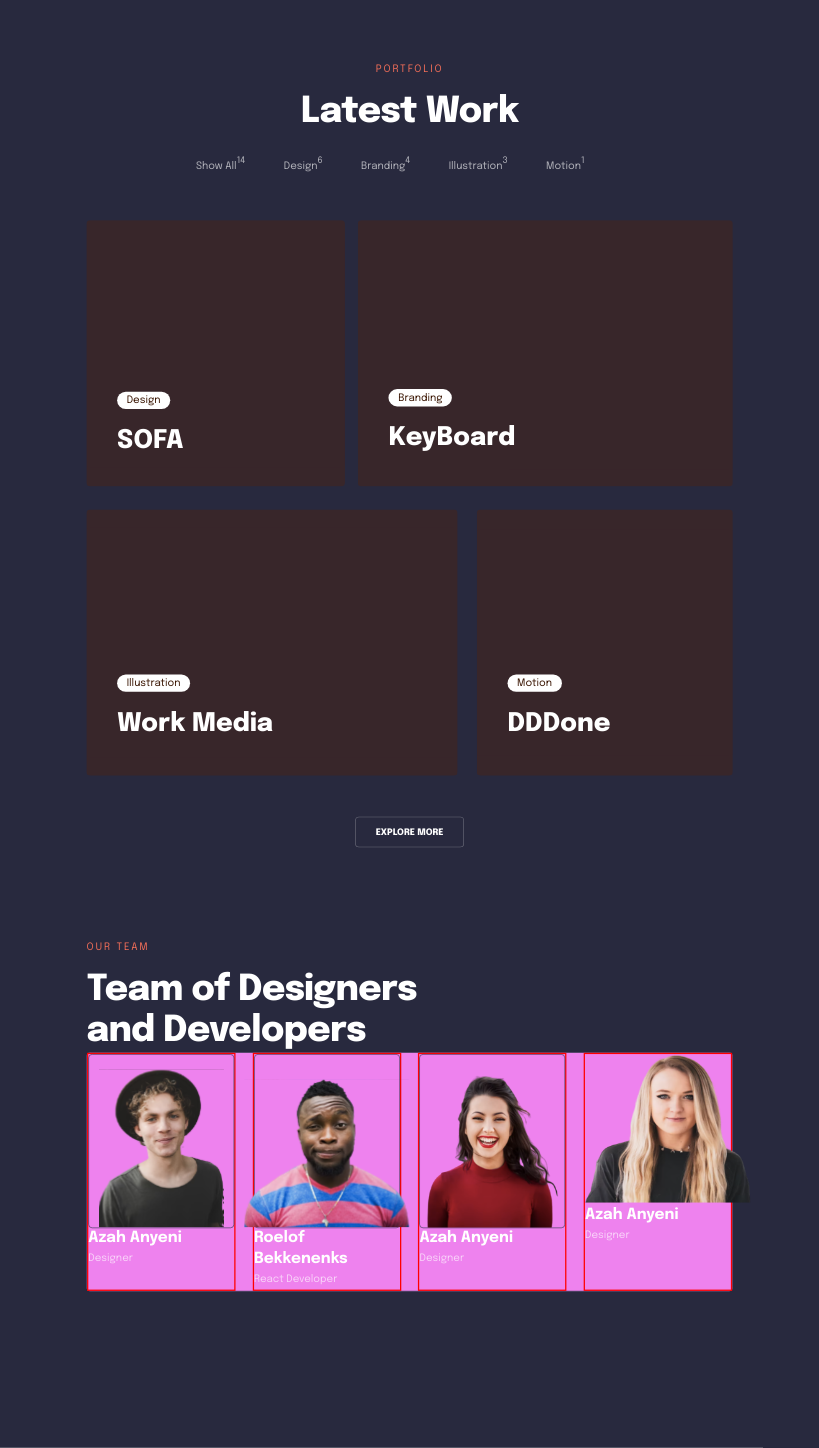
Repository: FidanXankishiyeva/figma-positions-task
Page: index.html
An editor plug-in stored every save of this project. The page is shown before and after the next save, followed by the edit.
The browser window is 1280 px wide. The pictures show the whole page, at 64% of full size.

Above is the page before, as saved 2023-08-10 13:49:06.

### index.html
<!DOCTYPE html>
<html lang="en">

<head>
    <meta charset="UTF-8">
    <meta name="viewport" content="width=device-width, initial-scale=1.0">
    <title>Document</title>
    <link rel="stylesheet" href="index.css">
</head>

<body>
    <div class="container">
        <div class="page-1">
            <div class="text-box">
                <h1>Portfolio</h1>
                <h2>Latest Work</h2>
            </div>
            <nav class="position-box">
                <ul>
                    <li>
                        <h1>Show All</h1>
                        <p>14</p>
                    </li>
                    <li>
                        <h1>Design</h1>
                        <p>6</p>
                    </li>
                    <li>
                        <h1>Branding</h1>
                        <p>4</p>
                    </li>
                    <li>
                        <h1>Illustration</h1>
                        <p>3</p>
                    </li>
                    <li>
                        <h1>Motion</h1>
                        <p>1</p>
                    </li>
                </ul>
            </nav>
            <div class="photo-box">
                <div class="sofa-box">
                    <img src="./photo/sofa.svg" alt="">
                    <div class="design-box">
                        <a href="#">Design</a>
                        <p>SOFA</p>

                    </div>
                </div>
                <div class="keyboard-box">
                    <img src="./photo/keyboard.svg" alt="">
                    <div class="branding-box">
                        <a href="#">Branding</a>
                        <p>KeyBoard</p>
                    </div>
                </div>
            </div>

            <div class="photo-box-2">
                <div class="work-media">
                    <img src="./photo/Work-Media.svg" alt="">
                    <div class="illustration-box">
                        <a href="#">Illustration</a>
                        <p>Work Media</p>
                    </div>
                </div>
                <div class="done-box">
                    <img src="./photo/done.svg" alt="">
                    <div class="motion-box">
                        <a href="#">Motion</a>
                        <p>DDDone</p>
                    </div>
                </div>
            </div>
            <button>
                Explore more
            </button>
        </div>
        <div class="page-2">
            <div class="text-box-2">
                <h3 >Our Team</h3>
                <h4>Team of Designers
                    and Developers</h4>
            </div>
            <div class="team-person">
                <ul>
                    <li>
                        <div>
                            <img src="./photo/azah.svg" alt="">
                        </div>
                        <h5>Azah Anyeni</h5>
                        <h6>Designer</h6>
                    </li>
                    <li>
                        <div>
                            <img src="./photo/roelof.svg" alt="">

                        </div>
                        <h5>Roelof Bekkenenks</h5>
                        <h6>React Developer</h6>
                    </li>
                    <li>
                        <div>
                            <img src="./photo/Bitmap.png" alt="">
                        </div>
                        <h5>Azah Anyeni</h5>
                        <h6>Designer</h6>
                    </li>
                    <li>
                        <img src="./photo/Bitmap (1).png" alt="">
                        <h5>Azah Anyeni</h5>
                        <h6>Designer</h6>
                    </li>
                </ul>
            </div>
        </div>
    </div>

</body>

</html>

### index.css
@import url("https://fonts.googleapis.com/css2?family=Epilogue:wght@400;700;800&display=swap");
* {
  margin: 0;
  padding: 0;
  box-sizing: border-box;
}

.container {
  width: 100%;
  background-color: #28293e;
}

.page-1 {
  padding: 92px 135px 0 135px;
}
.text-box h1 {
  margin-bottom: 20px;
  color: var(--text-light-accent, #ef6d58);
  text-align: center;
  font-feature-settings: "clig" off, "liga" off;
  font-family: Epilogue;
  font-size: 16px;
  font-style: normal;
  font-weight: 400;
  line-height: 32px;
  letter-spacing: 3px;
  text-transform: uppercase;
}

.text-box h2 {
  margin-bottom: 36px;
  color: var(--text-light, #fff);
  text-align: center;
  font-feature-settings: "clig" off, "liga" off;
  font-family: Epilogue;
  font-size: 56px;
  font-style: normal;
  font-weight: 800;
  line-height: 64px;
  letter-spacing: -1px;
}

.position-box ul {
  display: flex;
  justify-content: center;
}

.position-box ul li {
  list-style-type: none;
  margin-right: 60px;
  display: flex;
}

.position-box ul li h1 {
  color: var(--text-light-gray, rgba(255, 255, 255, 0.64));
  font-feature-settings: "clig" off, "liga" off;
  font-family: Epilogue;
  font-size: 16px;
  font-style: normal;
  font-weight: 400;
  line-height: 32px;
}

.position-box ul li p {
  color: var(--text-light-gray, rgba(255, 255, 255, 0.64));
  text-align: center;
  font-feature-settings: "clig" off, "liga" off;
  font-family: Epilogue;
  font-size: 14px;
  font-style: normal;
  font-weight: 400;
}

.photo-box {
  display: flex;
  justify-content: space-between;
  margin-top: 68px;
}

.sofa-box {
  width: 40%;
  position: relative;
}

.design-box {
  position: absolute;
  bottom: 51px;
  left: 48px;
  /* top: 50%;
    left: 50%;
    transform: translate(-50%, -50%); */
}

.sofa-box img {
  width: 100%;
  height: 416px;
  margin-right: 30px;
  border-radius: 6px;
  opacity: 0.3181;
  background: #5c2000;
}

.photo-box a {
  width: 84px;
  height: 38px;
  padding: 5px 15px;
  text-decoration: none;
  border-radius: 19px;
  background: #fff;
  color: var(--text-dark, #391400);
  font-feature-settings: "clig" off, "liga" off;
  font-family: Epilogue;
  font-size: 16px;
  font-style: normal;
  font-weight: 400;
  line-height: 32px;
}

.photo-box p {
  margin-top: 23px;
  color: var(--text-light, #fff);
  font-feature-settings: "clig" off, "liga" off;
  font-family: Epilogue;
  font-size: 40px;
  font-style: normal;
  font-weight: 800;
  line-height: 48px;
}

.keyboard-box {
  position: relative;
  width: 58%;
  height: 416px;
}

.keyboard-box img {
  width: 100%;
  height: 100%;
  border-radius: 6px;
  opacity: 0.3181;
  background: #5c2000;
}

.branding-box {
  position: absolute;
  bottom: 51px;
  left: 48px;
}

.photo-box-2 {
  display: flex;
  justify-content: space-between;
  margin-top: 32px;
}

.work-media {
  position: relative;
  margin-right: 30px;
  width: 58%;
  height: 416px;
}

.work-media img {
  width: 100%;
  height: 100%;
  border-radius: 6px;
  opacity: 0.3181;
  background: #5c2000;
}

.photo-box-2 a {
  padding: 5px 15px;
  border-radius: 19px;
  text-decoration: none;
  background: #fff;
  color: var(--text-dark, #391400);
  font-feature-settings: "clig" off, "liga" off;
  font-family: Epilogue;
  font-size: 16px;
  font-style: normal;
  font-weight: 400;
  line-height: 32px;
}

.photo-box-2 p {
  margin-top: 23px;
  color: var(--text-light, #fff);
  font-feature-settings: "clig" off, "liga" off;
  font-family: Epilogue;
  font-size: 40px;
  font-style: normal;
  font-weight: 800;
  line-height: 48px;
}

.illustration-box {
  position: absolute;
  top: 256px;
  left: 48px;
}

.done-box {
  position: relative;
  width: 40%;
  height: 416px;
}

.done-box img {
  width: 100%;
  height: 100%;

  border-radius: 6px;
  opacity: 0.3181;
  background: #5c2000;
}

.motion-box {
  position: absolute;
  top: 256px;
  left: 48px;
}

.box {
  position: absolute;
  top: 64px;
  left: 500px;
}

button {
  width: 170px;
  height: 48px;
  /* padding: 18px 31px; */
  margin: auto;
  margin-top: 64px;
  display: block;
  border-radius: 6px;
  border: 1px solid rgba(255, 255, 255, 0.3);
  background-color: #28293e;
  text-decoration: none;
  color: #fff;
  text-align: center;
  font-family: Epilogue;
  font-size: 14px;
  font-style: normal;
  font-weight: 900;
  line-height: normal;
  text-transform: uppercase;
}
/* page-2 design */
.page-2 {
  padding: 140px 135px 244px 135px;
}
.text-box-2 {
  width: 531px;
}
.text-box-2 h3 {
  color: var(--text-light-accent, #ef6d58);
  font-feature-settings: "clig" off, "liga" off;
  font-family: Epilogue;
  font-size: 16px;
  font-style: normal;
  font-weight: 400;
  line-height: 32px;
  letter-spacing: 3px;
  text-transform: uppercase;
}
.text-box-2 h4 {
  margin-top: 20px;
  color: var(--text-light, #fff);
  font-feature-settings: "clig" off, "liga" off;
  font-family: Epilogue;
  font-size: 56px;
  font-style: normal;
  font-weight: 800;
  line-height: 64px;
  letter-spacing: -1px;
}
.team-person ul {
  /* padding: 24px 37px 0px 37px; */
  display: flex;
  justify-content: space-between;
  border-radius: 6px;
  border: 1px solid #3a3c56;
  background-color: violet;
}
.team-person ul li {
  list-style-type: none;
  width: 23%;
  border: 2px solid red;
}
.team-person ul li div {
    height: 272px;
  border-radius: 6px;
  border: 1px solid #3a3c56;
  display: flex;
  justify-content: center;
  align-items: flex-end;
}
.team-person ul li:first-child img {
  width: 196px;
  height: 247px;
}
.team-person ul li:nth-child(2) img {
  width: 259px;
  height: 232px;
}

.team-person ul li:nth-child(3) img {
    width: 205px;
    height: 238px;
  }.team-person ul li:nth-child(4) img {
    width: 259px;
    height: 232px;
  }

.team-person h5 {
  color: var(--text-light, #fff);
  font-feature-settings: "clig" off, "liga" off;
  font-family: Epilogue;
  font-size: 24px;
  font-style: normal;
  font-weight: 700;
  line-height: 32px;
}
.team-person h6 {
  color: var(--text-light-gray, rgba(255, 255, 255, 0.64));
  font-feature-settings: "clig" off, "liga" off;
  font-family: Epilogue;
  font-size: 16px;
  font-style: normal;
  font-weight: 400;
  line-height: 32px;
}

After the next save:
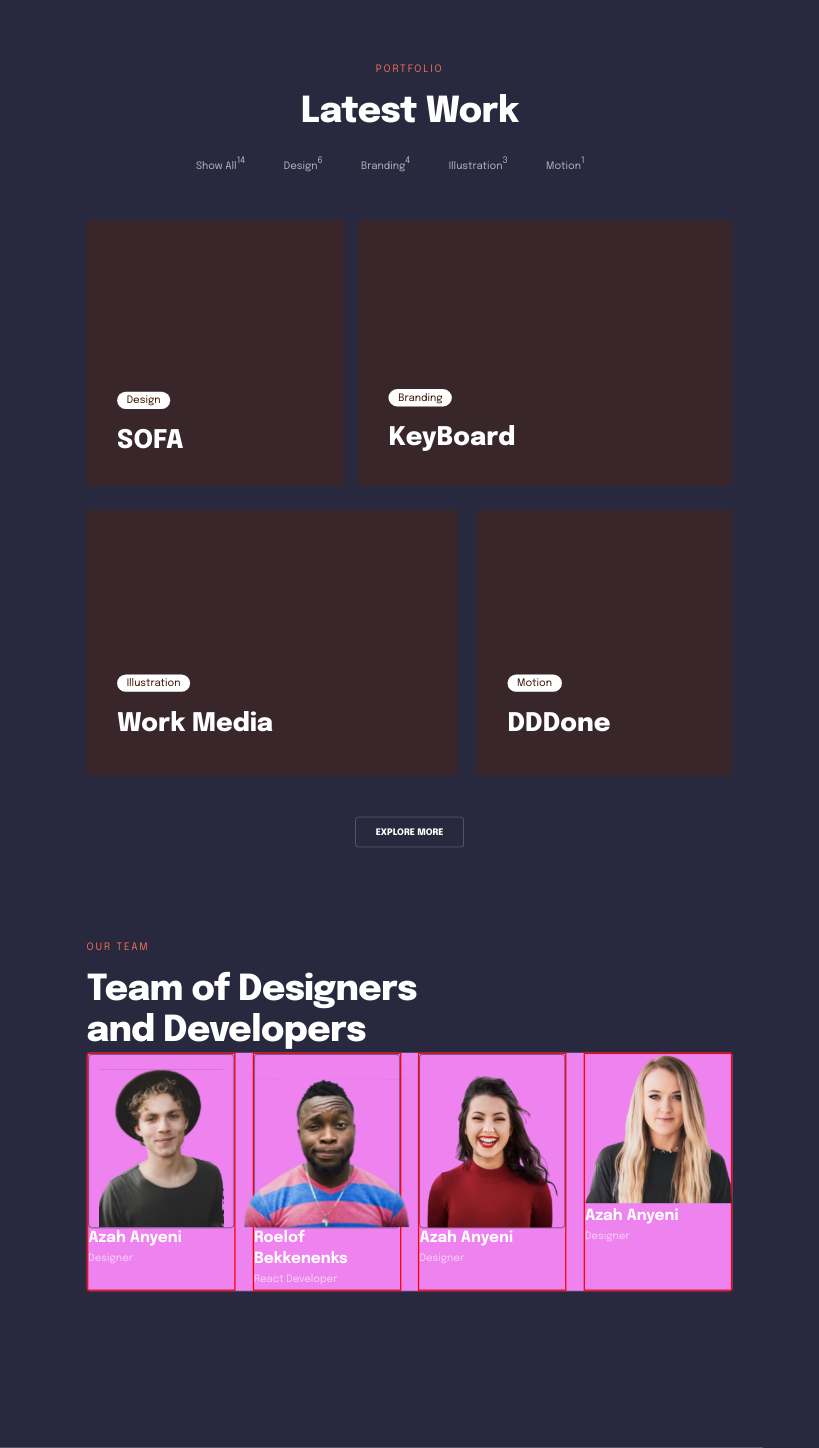
Saved 9 s later.
--- a/index.css
+++ b/index.css
@@ -309,8 +309,8 @@ button {
     width: 205px;
     height: 238px;
   }.team-person ul li:nth-child(4) img {
-    width: 259px;
-    height: 232px;
+    width: 230px;
+    height: 233px;
   }
 
 .team-person h5 {
